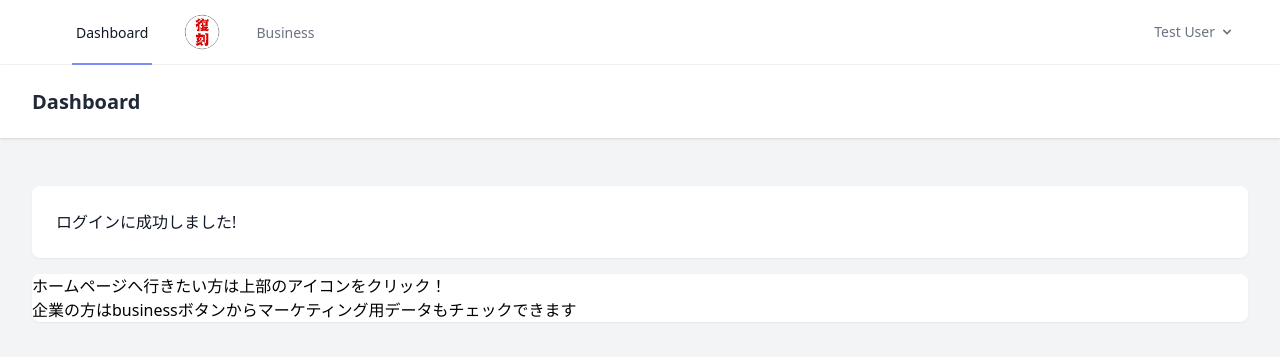
Repository: kyoko-shiraishi/Reproduce
Page: http://localhost/dashboard
These files come from the project's save history. The page is drawn as it stood at one moment and after the next save; the edit follows.
The browser window is 1280 px wide. The pictures show the whole page.
Some web libraries are served in a nearby version. The page is served by the project's Laravel application, run on PHP 8.4 with Laravel 12. A made-up administrator, Test User (test@example.com), is signed in. Style sheets and scripts are compiled from the project's sources, by tool versions that may differ from the author's. Queries for data that is not in the repository find no rows.

Above is the page before, as saved 2024-10-24 20:31:00.

After the next save:
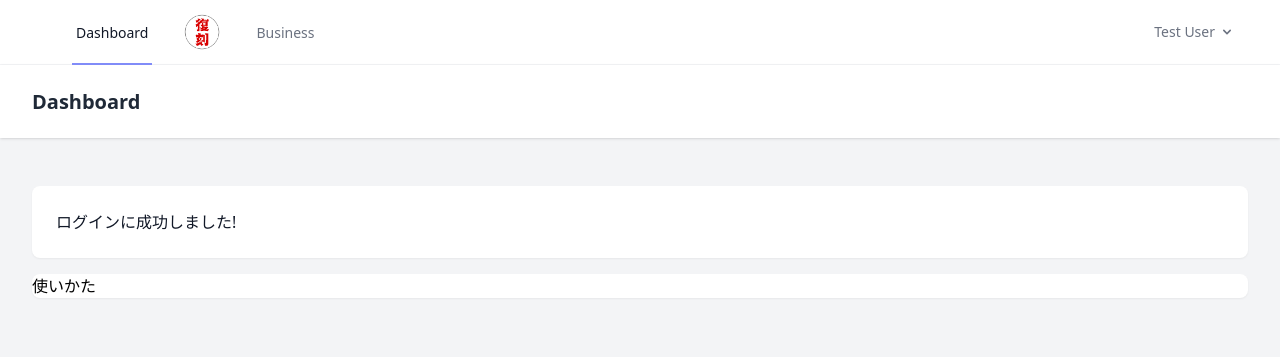
Saved 75 s later.
--- a/resources/views/dashboard.blade.php
+++ b/resources/views/dashboard.blade.php
@@ -14,8 +14,7 @@
                 </div>
             </div>
             <div class="bg-white overflow-hidden shadow-sm sm:rounded-lg mt-4">
-                <p>ホームページへ行きたい方は上部のアイコンをクリック！</p>
-                <p>企業の方はbusinessボタンからマーケティング用データもチェックできます</p>
+                <p>使いかた</p>
             </div>
         </div>
 
